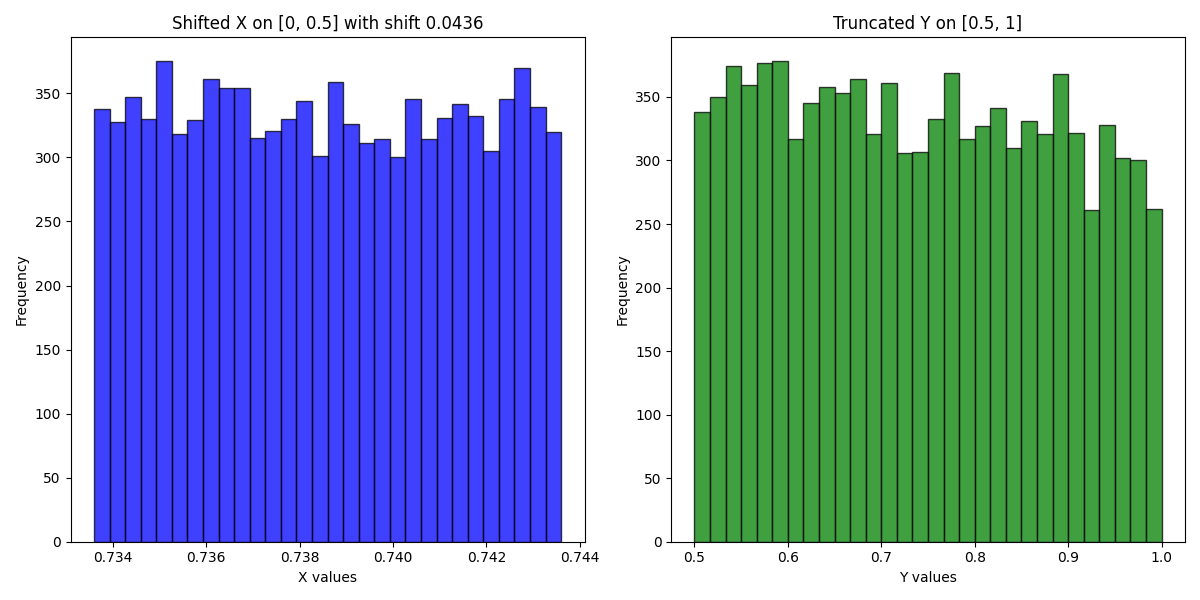
Repository: KrystofM/stealing-part-lm-supplementary-plaid
Script's output: python optimize_logit_queries/askers/shift.py
The author's editor kept a copy of each file at every save. The script's output is drawn from the files as they stood at one save, then again after the next save.
Random numbers start from a fixed seed.

Above is the script's output before, as saved 2024-06-25 00:09:21.

### optimize_logit_queries/askers/shift.py
import numpy as np
import scipy.stats as stats
import matplotlib.pyplot as plt


# Function to generate truncated normal samples
def truncated_normal(mean, sigma, lower, upper, size=1):
    a, b = (lower - mean) / sigma, (upper - mean) / sigma
    truncated_distribution = stats.truncnorm(a, b, loc=mean, scale=sigma)
    samples = truncated_distribution.rvs(size=size)
    return samples

# Parameters
mean = 0.5
sigma = 0.8
size = 10000  # Increasing sample size for better accuracy

# Truncate X on [0, 0.5]
lower_X = 0.69
upper_X = 0.7
X = truncated_normal(mean, sigma, lower_X, upper_X, size=size)

# Truncate Y on [0.5, 1]
lower_Y = 0.5
upper_Y = 1
Y = truncated_normal(mean, sigma, lower_Y, upper_Y, size=size)

# Function to calculate P(X > Y) and P(Y > X)
def calculate_probabilities(X, Y, shift=0):
    X_shifted = X + shift
    prob_X_greater = np.mean(X_shifted > Y)
    prob_Y_greater = np.mean(Y > X_shifted)
    return prob_X_greater, prob_Y_greater

# Initial probabilities without any shift
prob_X_greater, prob_Y_greater = calculate_probabilities(X, Y)
print(f'Initial P(X > Y): {prob_X_greater}, P(Y > X): {prob_Y_greater}')

# Find the shift that makes P(X > Y) equal to P(Y > X)
shift = 0
tolerance = 0.001
shift_values = np.linspace(0, 1, 10001)  # Generate 1001 shift values from 0 to 1
best_shift = 0
smallest_difference = float('inf')  # Initialize with a large number
best_prob_X_greater = 0  # Initialize the best P(X > Y)
best_prob_Y_greater = 0  # Initialize the best P(Y > X)

for shift in shift_values:
    prob_X_greater, prob_Y_greater = calculate_probabilities(X, Y, shift)
    difference = abs(prob_X_greater - prob_Y_greater)
    if difference < smallest_difference:
        smallest_difference = difference
        best_shift = shift
        best_prob_X_greater = prob_X_greater  # Update the best P(X > Y)
        best_prob_Y_greater = prob_Y_greater  # Update the best P(Y > X)
        if smallest_difference < tolerance:
            break

# Calculate the means of X and Y
mean_X = np.mean(X)
mean_Y = np.mean(Y)
print(f'Mean of X: {mean_X}, Mean of Y: {mean_Y}')

# Calculate the difference of means
mean_difference = mean_Y - mean_X
print(f'Difference of means (Y - X): {mean_difference}')

print(f'Best P(X > Y): {best_prob_X_greater}, P(Y > X): {best_prob_Y_greater}')
print(f'Best shift: {best_shift}, with smallest difference: {smallest_difference}')
# Plot the results with the shifted X
plt.figure(figsize=(12, 6))

plt.subplot(1, 2, 1)
plt.hist(X + best_shift, bins=30, alpha=0.75, color='blue', edgecolor='black')
plt.title(f'Shifted X on [0, 0.5] with shift {best_shift:.4f}')
plt.xlabel('X values')
plt.ylabel('Frequency')

plt.subplot(1, 2, 2)
plt.hist(Y, bins=30, alpha=0.75, color='green', edgecolor='black')
plt.title('Truncated Y on [0.5, 1]')
plt.xlabel('Y values')
plt.ylabel('Frequency')

plt.tight_layout()
plt.show()

After the next save:
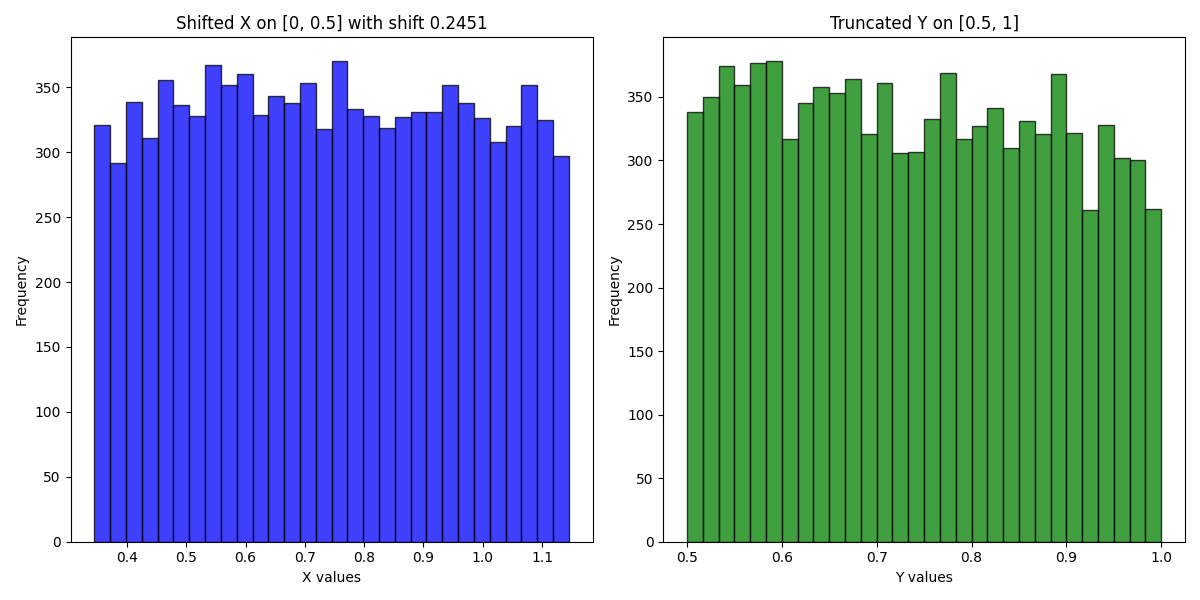
Saved 32 s later.
--- a/optimize_logit_queries/askers/shift.py
+++ b/optimize_logit_queries/askers/shift.py
@@ -16,8 +16,8 @@ sigma = 0.8
 size = 10000  # Increasing sample size for better accuracy
 
 # Truncate X on [0, 0.5]
-lower_X = 0.69
-upper_X = 0.7
+lower_X = 0.1
+upper_X = 0.9
 X = truncated_normal(mean, sigma, lower_X, upper_X, size=size)
 
 # Truncate Y on [0.5, 1]
